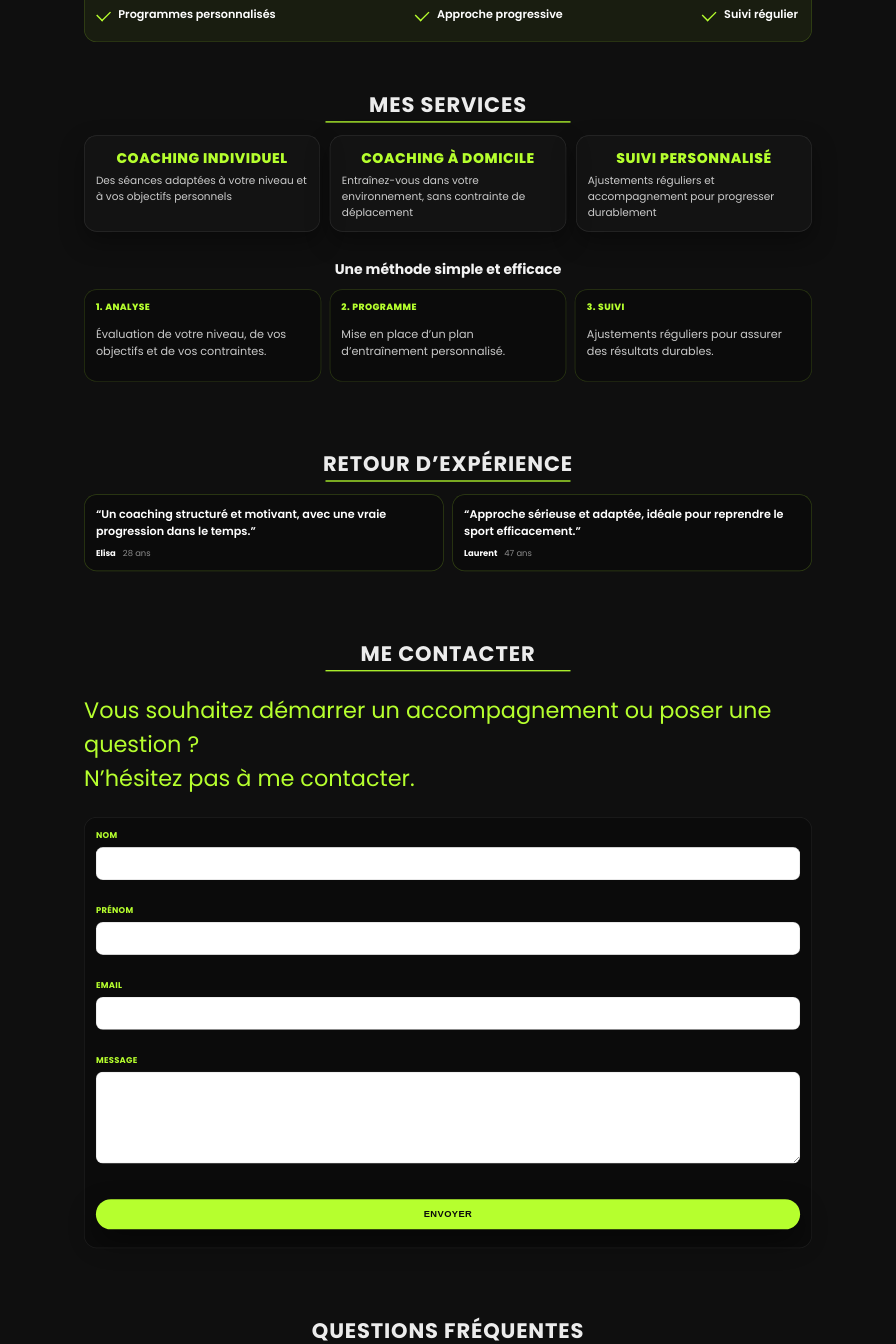
Repository: ThomasHdrd/CoachFitness
Page: index.html
An editor plug-in stored every save of this project. The page is shown before and after a run of saves, followed by the edit.
The browser window is 1280 px wide. The pictures show the part of the page from y = 853 to 2773 px (the page is 3229 px tall before and 3224 px after), at 70% of full size.

Above is the page before, as saved 2026-01-20 22:21:05.

After the next 2 saves:
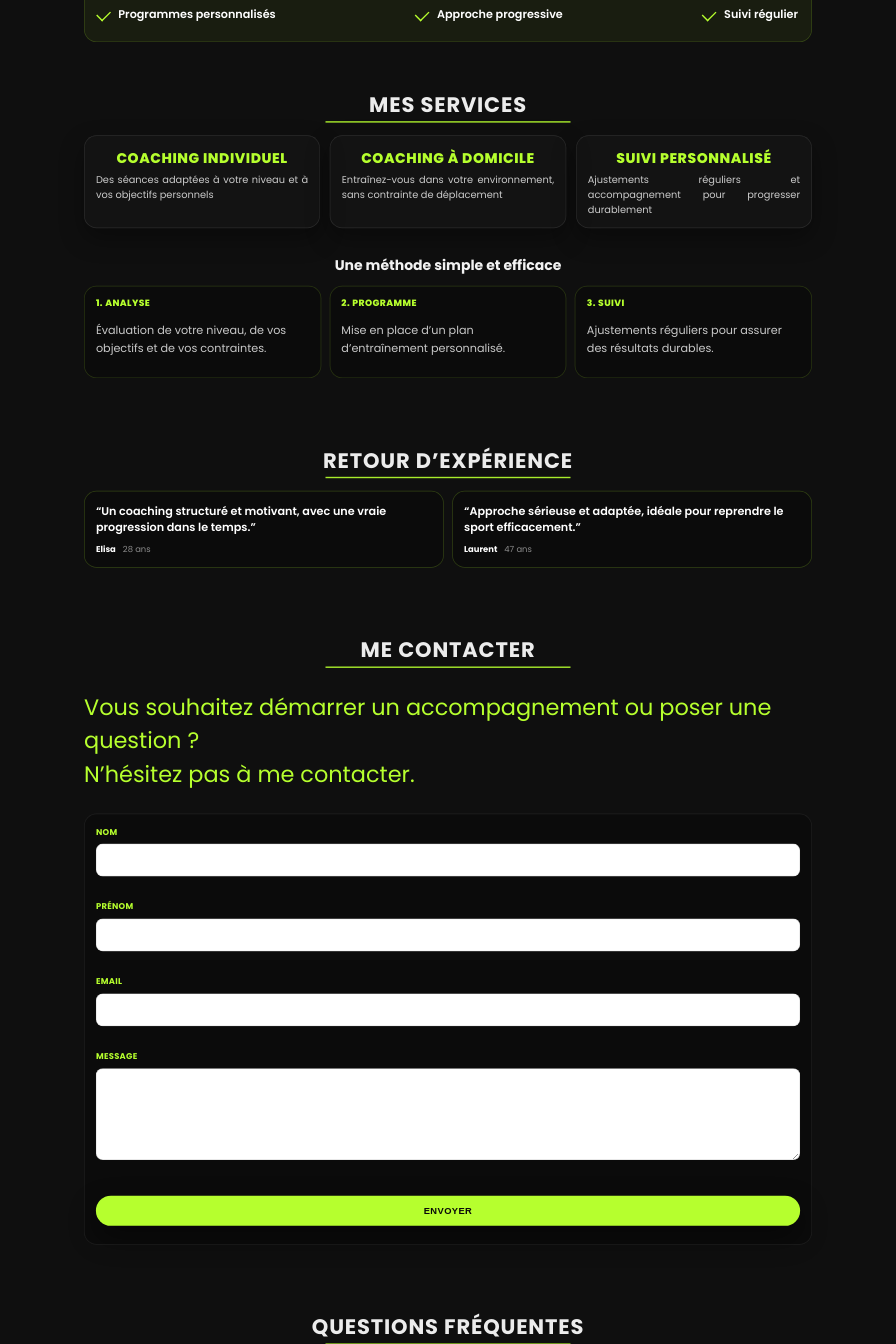
The 2 saves are shown as one change because they came seconds apart.
The last was saved 12 s later.
--- a/styles.css
+++ b/styles.css
@@ -302,8 +302,9 @@ body{
 }
 .card-text{
   margin:0;
+  text-align: justify;
   color: var(--muted);
-  font-size: 15px;
+  font-size: 14px;
   line-height: 1.55;
 }
 
